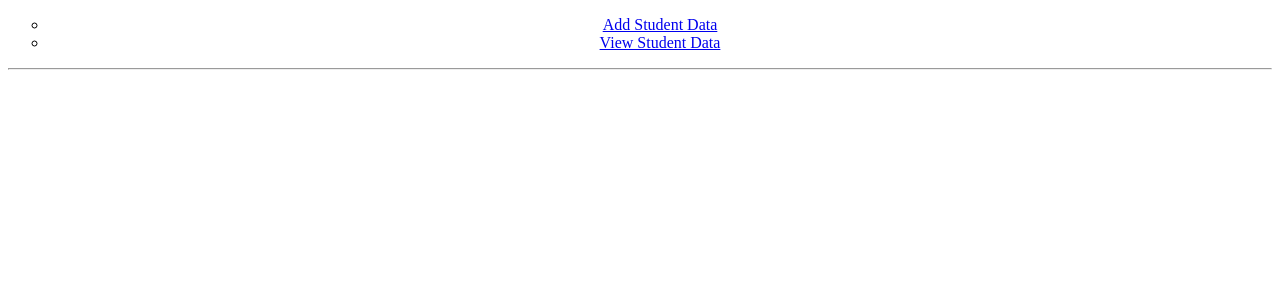
Repository: KrishMoradiya/Aixtor-Training-Projects-Backup
Page: http://localhost/CRUD_Student/index.jsp
An editor plug-in stored every save of this project. The page is shown before and after the next save, followed by the edit.
The browser window is 1280 px wide. The pictures show the whole page.
The page is served by Tomcat 10. Other server files are loaded and not shown.

Above is the page before, as saved 2023-12-21 05:46:14.

### Workspace - Eclipse Enterprise Edition/CRUD_Student/src/main/webapp/index.jsp
<%@ page language="java" contentType="text/html; charset=UTF-8"
    pageEncoding="UTF-8"%>
<!DOCTYPE html PUBLIC "-//W3C//DTD HTML 4.01 Transitional//EN" "http://www.w3.org/TR/html4/loose.dtd">
<html>
<head>
<meta http-equiv="Content-Type" content="text/html; charset=UTF-8">
<title>Insert title here</title>
</head>
<body>
	<jsp:include page="header.jsp"></jsp:include>
</body>
</html>

### Workspace - Eclipse Enterprise Edition/CRUD_Student/src/main/webapp/header.jsp
<%@ page language="java" contentType="text/html; charset=UTF-8"
    pageEncoding="UTF-8"%>
<!DOCTYPE html PUBLIC "-//W3C//DTD HTML 4.01 Transitional//EN" "http://www.w3.org/TR/html4/loose.dtd">
<html>
<head>
<meta http-equiv="Content-Type" content="text/html; charset=UTF-8">
<title>Insert title here</title>
</head>
<body>
	<center>
		<ul type="circle">
			<li><a href="RegisterStudent.jsp">Add Student Data</a></li>
			<li><a href="StudentData.jsp">View Student Data</a></li>
		</ul>
		<hr><br>
	</center>
</body>
</html>

After the next save:
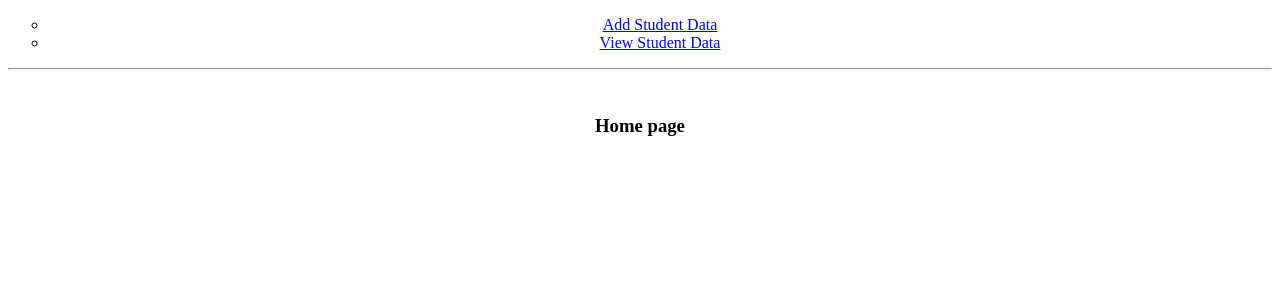
Saved 16 s later.
--- a/Workspace - Eclipse Enterprise Edition/CRUD_Student/src/main/webapp/index.jsp
+++ b/Workspace - Eclipse Enterprise Edition/CRUD_Student/src/main/webapp/index.jsp
@@ -8,5 +8,8 @@
 </head>
 <body>
 	<jsp:include page="header.jsp"></jsp:include>
+	<center>
+		<h3>Home page</h3>
+	</center>
 </body>
 </html>
